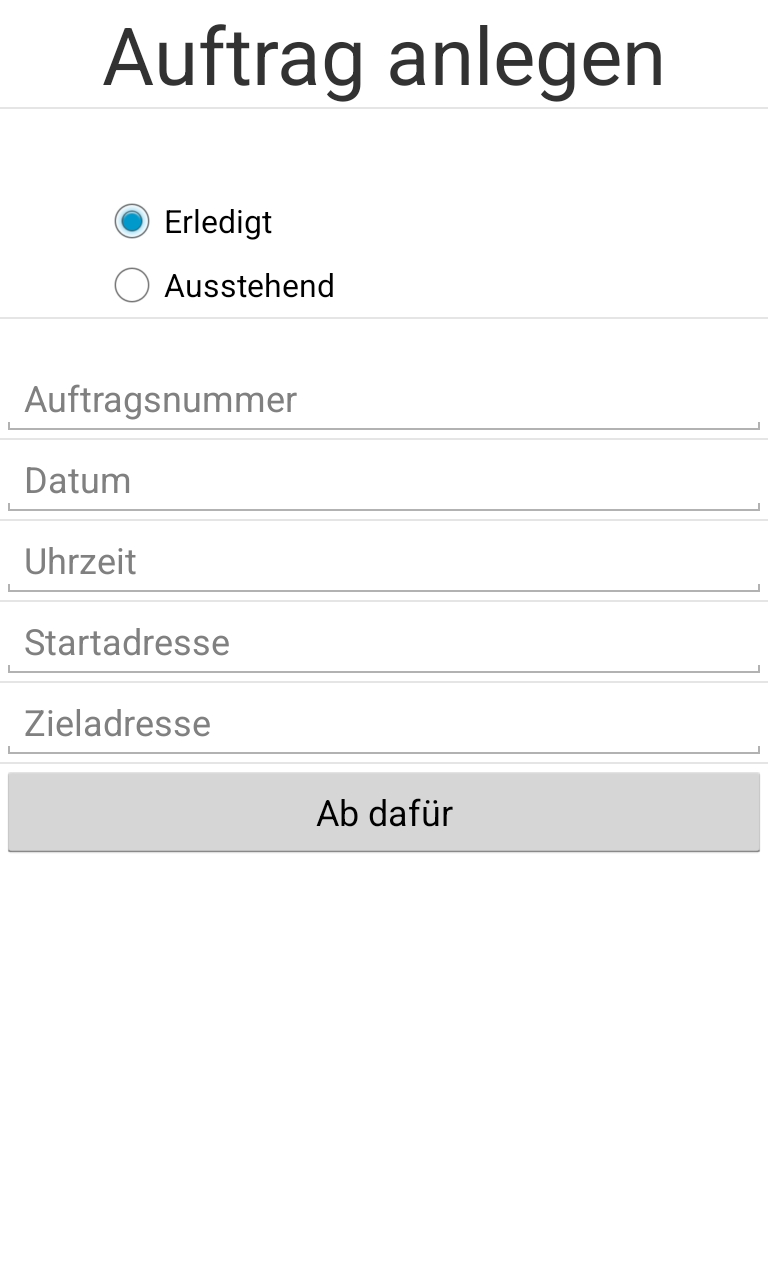
Repository: VroniZinsser/Kurierdienst
Layout: KurierdienstVroni/res/layout/activity_manager.xml
The author's editor kept a copy of each file at every save. The layout is drawn from the files as they stood at one save, then again after the next save.
It is drawn on a 768 x 1280 px phone screen (xhdpi) without system bars, with theme AppTheme; the app's code is not run. The app's manifest (not shown) leaves right-to-left support off. So textAlignment, textDirection and layoutDirection are ignored, and left and right values win over start and end ones.

Above is the layout before, as saved 2014-07-16 09:15:17.

After the next save:
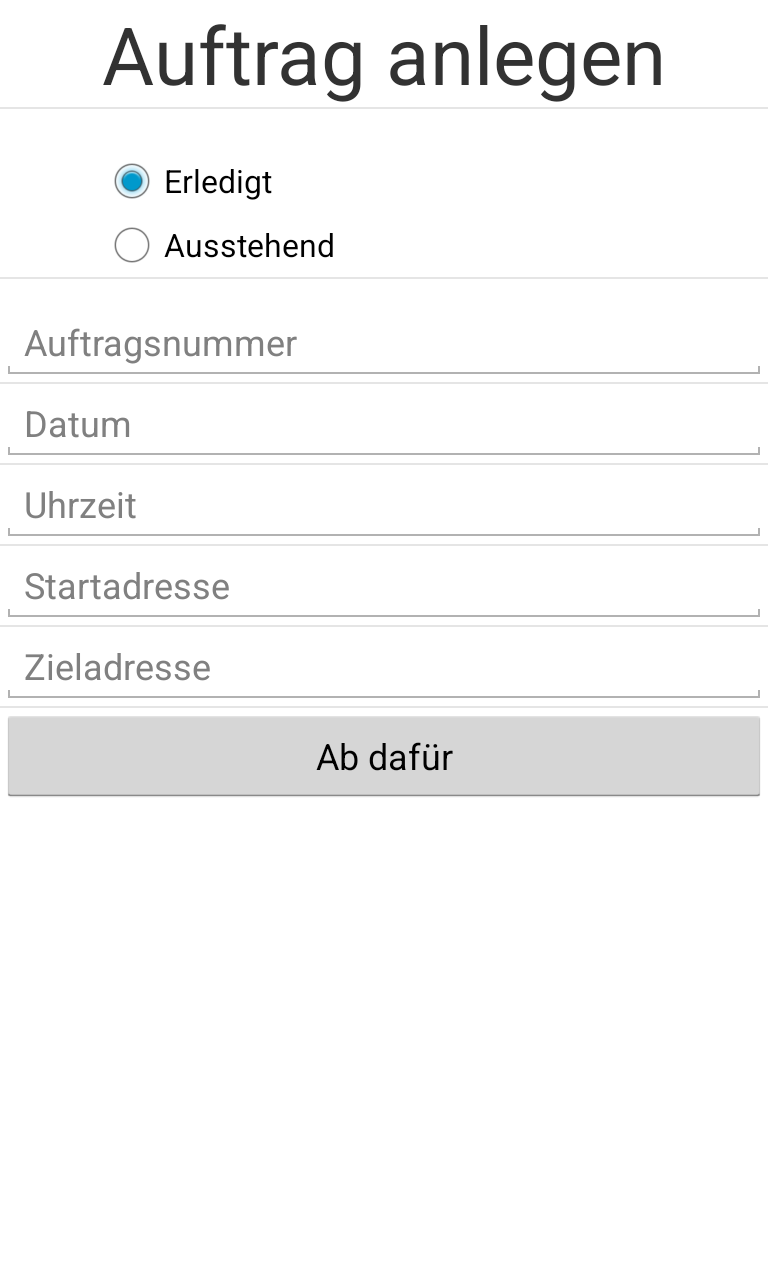
Saved 49 s later.
--- a/KurierdienstVroni/res/layout/activity_manager.xml
+++ b/KurierdienstVroni/res/layout/activity_manager.xml
@@ -19,7 +19,7 @@
         android:id="@+id/choose_pre_drinks"
         android:layout_width="wrap_content"
         android:layout_height="wrap_content"
-        android:layout_marginTop="40dp" >
+        android:layout_marginTop="20dp" >
 
         <RadioButton
             android:id="@+id/public_pre_drinks"
@@ -42,7 +42,7 @@
         android:id="@+id/auftragsnummer"
         android:layout_width="match_parent"
         android:layout_height="wrap_content"
-        android:layout_marginTop="20dp"
+        android:layout_marginTop="12dp"
         android:hint="@string/auftragsnummer"></EditText>
 
     <EditText
